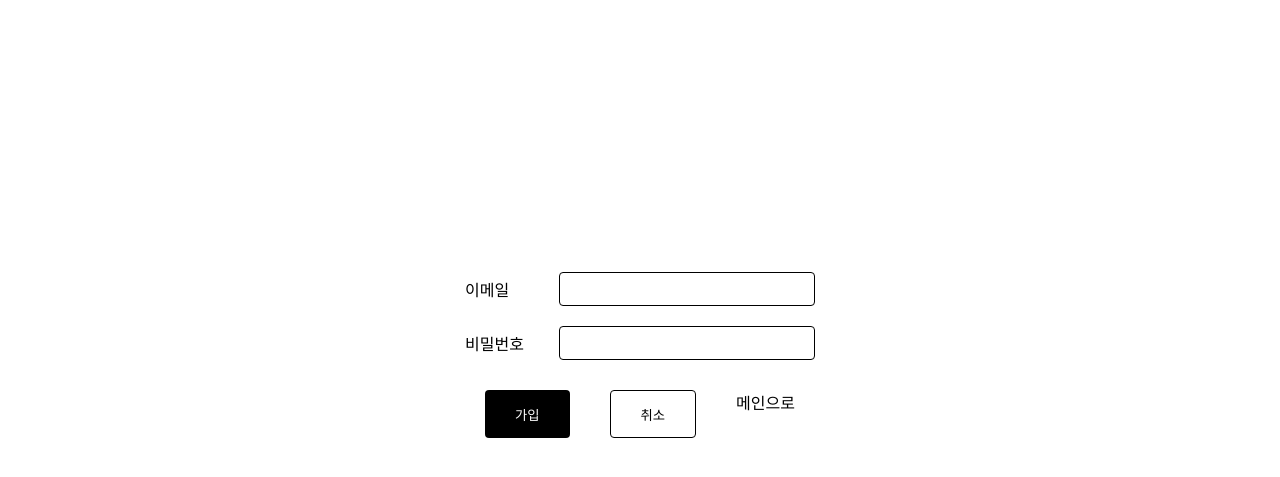
Repository: momo0170/react-shopping
Page: /register
The author's editor kept a copy of each file at every save. The page is drawn from the files as they stood at one save, then again after the next save.
The browser window is 1280 px wide. The pictures show the whole page.
The page's requests for data from a server got no answer. Some web fonts or font styles are not loaded; a fallback is used. The project was rebuilt for these pictures with package versions that can differ from the ones it lists, and the page was loaded fresh each time. No one was signed in, and anything a server would have sent is missing. Also part of the build but not shown: src/App.css, src/css/Header.module.css, src/components/Header.jsx, src/App.js, src/router/Products.jsx, src/css/Login.module.css, src/router/Login.jsx.

Above is the page before, as saved 2023-02-24 19:06:08.

### public/index.html
<!DOCTYPE html>
<html lang="en">
  <head>
    <meta charset="utf-8" />
    <link rel="icon" href="%PUBLIC_URL%/images/shopping.png" />
    <meta name="viewport" content="width=device-width, initial-scale=1" />
    <meta name="theme-color" content="#000000" />
    <meta
      name="description"
      content="Web site created using create-react-app"
    />
    <!-- <link rel="apple-touch-icon" href="%PUBLIC_URL%/logo192.png" /> -->
    <!--
      manifest.json provides metadata used when your web app is installed on a
      user's mobile device or desktop. See https://developers.google.com/web/fundamentals/web-app-manifest/
    -->

    <!--
      Notice the use of %PUBLIC_URL% in the tags above.
      It will be replaced with the URL of the `public` folder during the build.
      Only files inside the `public` folder can be referenced from the HTML.

      Unlike "/favicon.ico" or "favicon.ico", "%PUBLIC_URL%/favicon.ico" will
      work correctly both with client-side routing and a non-root public URL.
      Learn how to configure a non-root public URL by running `npm run build`.
    -->
    <title>Shoppy</title>
    <link rel="preconnect" href="https://fonts.googleapis.com" />
    <link rel="preconnect" href="https://fonts.gstatic.com" crossorigin />
    <link
      href="https://fonts.googleapis.com/css2?family=Nanum+Gothic+Coding&display=swap"
      rel="stylesheet"
    />
  </head>
  <body>
    <noscript>You need to enable JavaScript to run this app.</noscript>
    <div id="root"></div>
    <!--
      This HTML file is a template.
      If you open it directly in the browser, you will see an empty page.

      You can add webfonts, meta tags, or analytics to this file.
      The build step will place the bundled scripts into the <body> tag.

      To begin the development, run `npm start` or `yarn start`.
      To create a production bundle, use `npm run build` or `yarn build`.
    -->
  </body>
</html>

### src/index.js
import React from 'react';
import ReactDOM from 'react-dom/client';
import './index.css';
import App from './App';
import { createBrowserRouter, RouterProvider } from 'react-router-dom';
import Products from './router/Products';
import Login from './router/Login';
import Register from './router/Register';

const router = createBrowserRouter([
  {
    path: '/',
    element: <App />,
    children: [
      {
        index: true,
        element: <Products />,
      },
    ],
  },
  {
    path: '/login',
    element: <Login />,
  },
  {
    path: '/register',
    element: <Register />,
  },
]);
const root = ReactDOM.createRoot(document.getElementById('root'));
root.render(
  <RouterProvider router={router}>
    <App />
  </RouterProvider>
);

### src/index.css
:root {
  --margin-small: 5px;
  --margin-medium: 10px;
  --margin-large: 20px;
  --margin-xlarge: 30px;

  --font-xsmall: 14px;
  --font-small: 16px;
  --font-medium: 24px;
  --font-large: 32px;
  --font-xlarge: 36px;
  --font-xxlarge: 44px;
}

body {
  margin: 0;
  font-family: 'Nanum Gothic Coding', monospace;
}

button {
  font-family: 'Nanum Gothic Coding', monospace;
}

### src/router/Register.jsx
import React, { useState } from 'react';
import { registerUser } from '../firebase/Firebase-Auth';
import styles from '../css/Register.module.css';
import { useNavigate } from 'react-router-dom';

export default function Register() {
  const navigate = useNavigate();
  const [account, setAccount] = useState({
    email: '',
    password: '',
  });

  const onChangeAccount = (e) => {
    setAccount({
      ...account,
      [e.target.name]: e.target.value,
    });
  };

  // 회원가입
  const registerAccount = () => {
    const result = window.confirm('가입하시겠습니까?');
    result && registerUser(account.email, account.password);
  };

  const goToHome = () => {
    navigate('/');
  };
  console.log(`이메일 : ${account.email}`);
  console.log(`비밀번호 : ${account.password}`);
  return (
    <main className={styles.main}>
      <div className={styles.email}>
        <span>이메일</span>
        <input type="text" name="email" onChange={onChangeAccount} />
      </div>
      <div className={styles.password}>
        <span>비밀번호</span>
        <input type="password" name="password" onChange={onChangeAccount} />
      </div>
      <div className={styles.btns}>
        <button onClick={registerAccount} className={styles.registerBtn}>
          가입
        </button>
        <button className={styles.cancelBtn}>취소</button>
        <div>
          <span className={styles.homeBtn} onClick={goToHome}>
            메인으로
          </span>
        </div>
      </div>
    </main>
  );
}

### src/firebase/Firebase-Auth.js
import { initializeApp } from 'firebase/app';
import { getAuth, createUserWithEmailAndPassword } from 'firebase/auth';

const firebaseConfig = {
  apiKey: process.env.REACT_APP_API_KEY,
  authDomain: process.env.REACT_APP_AUTH_DOMAIN,
  databaseURL: process.env.REACT_APP_DATABASE_URL,
  projectId: process.env.REACT_APP_PROJECT_ID,
  storageBucket: process.env.REACT_APP_STORAGE_BUCKET,
  messagingSenderId: process.env.REACT_APP_MESSAGING_ID,
  appId: process.env.REACT_APP_APP_ID,
};

const app = initializeApp(firebaseConfig);
const auth = getAuth(app);

// firebase에 사용자 등록
export function registerUser(email, password) {
  createUserWithEmailAndPassword(auth, email, password)
    .then((userCredential) => {
      // Signed in
      const user = userCredential.user;
      console.log(user);
      // ...
    })
    .catch((error) => {
      console.log(error);
      // ..
    });
}

### src/css/Register.module.css
.main {
  display: flex;
  flex-direction: column;
  justify-content: center;
  align-items: center;
  width: 500px;
  height: 100vh;
  margin: 0 auto;
}

.email,
.password {
  width: 350px;
  display: flex;
  justify-content: space-between;
  align-items: center;
}

.email input,
.password input {
  width: 250px;
  height: 30px;
  margin: var(--margin-medium) 0;
  border: 0.5px solid black;
  border-radius: 4px;
  font-size: var(--font-small);
}

.email input:focus,
.password input:focus {
  outline: 1px solid black;
}

.btns {
  display: flex;
  justify-content: space-evenly;
}
.btns * {
  border: none;
  border-radius: 4px;
  cursor: pointer;
  margin: var(--margin-large);
  padding: calc(var(--margin-large) / 1.5) calc(var(--margin-large) * 1.5);
  /* font-size: var(--font-small); */
}
.registerBtn {
  color: white;
  background-color: black;
}
.btns div {
  padding: 0;
}
.homeBtn {
  padding: 0;
  margin: 0;
}
.cancelBtn {
  background-color: white;
  border: 1px solid black;
}

After the next save:
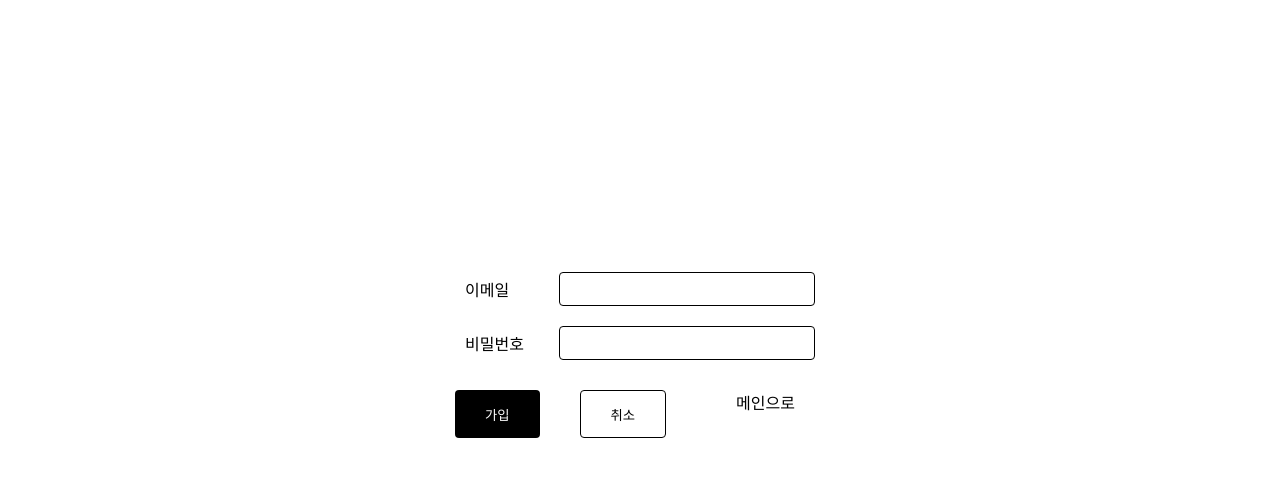
Saved 21 s later.
--- a/src/css/Register.module.css
+++ b/src/css/Register.module.css
@@ -48,7 +48,8 @@
   background-color: black;
 }
 .btns div {
-  padding: 0;
+  padding-top: 0;
+  padding-bottom: 0;
 }
 .homeBtn {
   padding: 0;
